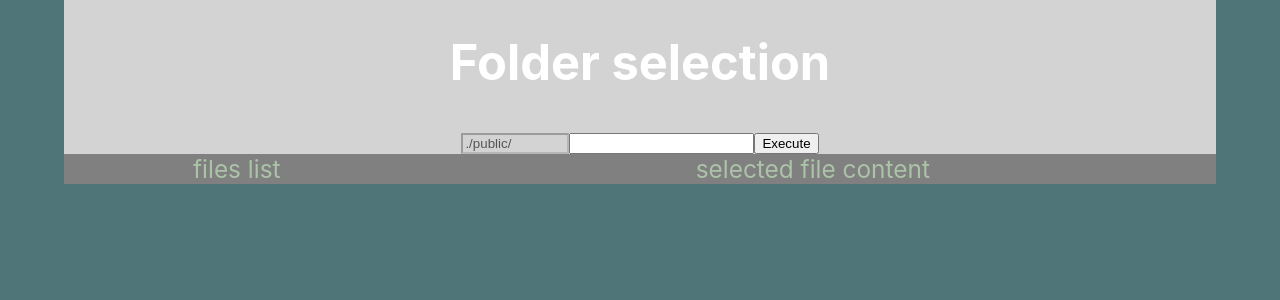
Repository: idubi/DevopsCourse
Page: / (app in lesson03/assignment/client/)
The author's editor kept a copy of each file at every save. The page is drawn from the files as they stood at one save, then again after the next save.
The browser window is 1280 px wide. The pictures show the whole page.
The project was rebuilt for these pictures with package versions that can differ from the ones it lists, and the page was loaded fresh each time.

Above is the page before, as saved 2023-06-15 03:36:56.

After the next save:
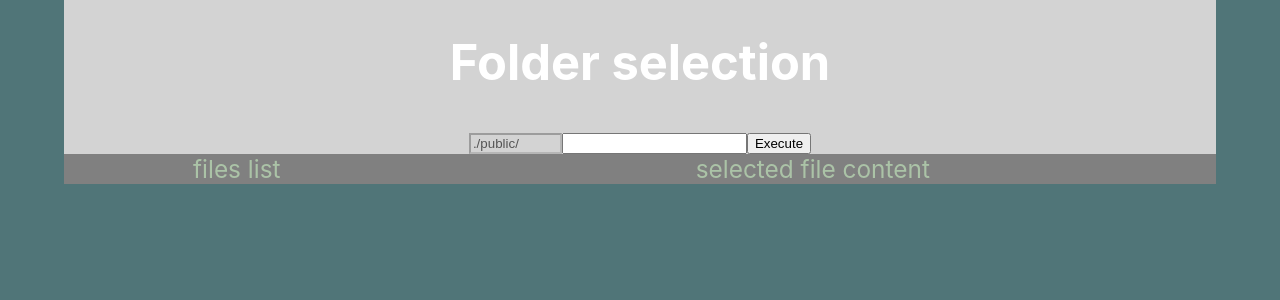
Saved 7 s later.
--- a/lesson03/assignment/client/src/components/FilesBrowser.js
+++ b/lesson03/assignment/client/src/components/FilesBrowser.js
@@ -62,6 +62,6 @@ const RightLowerDiv = styled.div`
 `;
 const Label = styled.input`
   background-color: lightgrey;
-  width: 100px;
+  width: 85px;
 `;
 export default FileBrowser;
